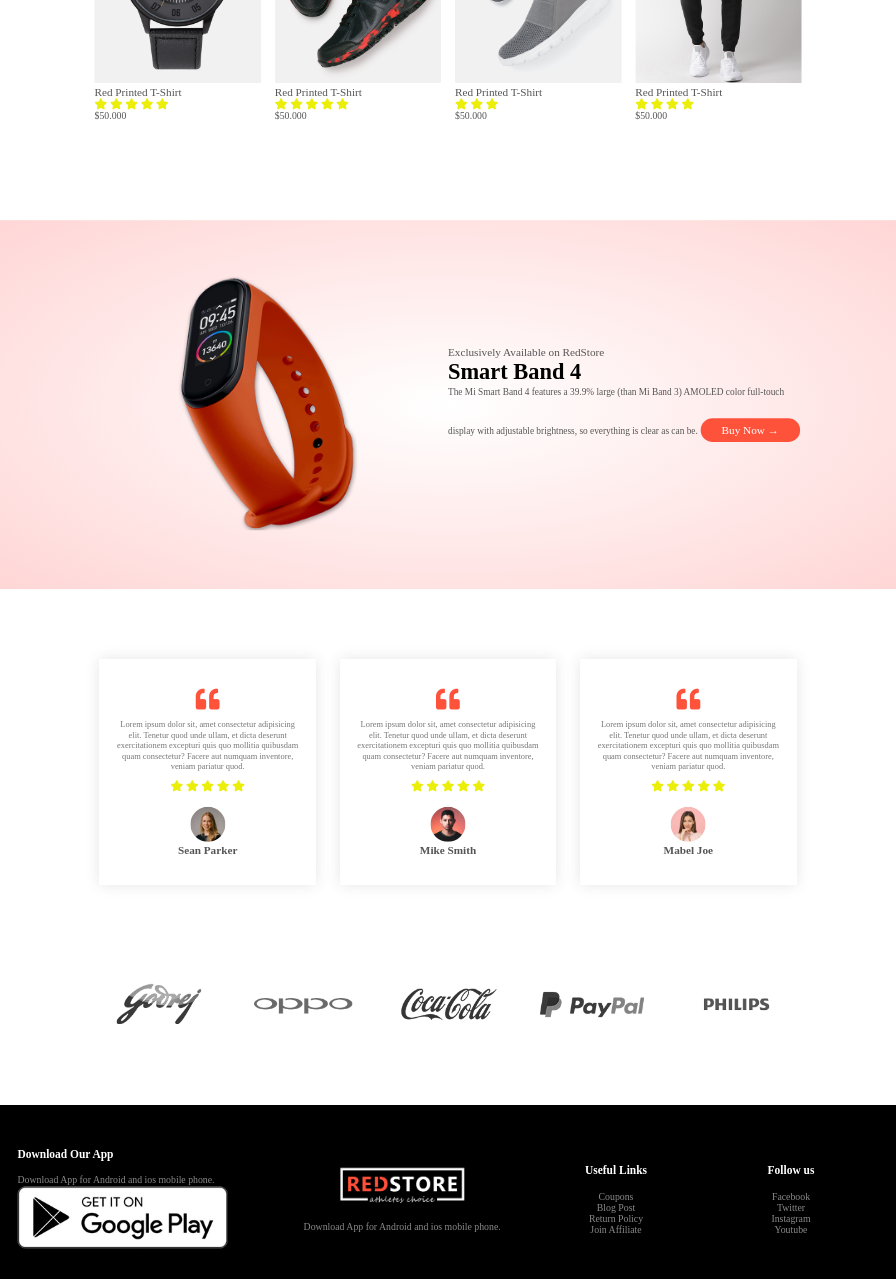
Repository: tuan21052000/Frontend
Page: index.html
An editor plug-in stored every save of this project. The page is shown before and after the next save, followed by the edit.
The browser window is 1280 px wide. The pictures show the part of the page from y = 2672 to 4592 px (the page is 4499 px tall before and 4592 px after), at 70% of full size.

Above is the page before, as saved 2022-05-09 22:00:08.

After the next save:
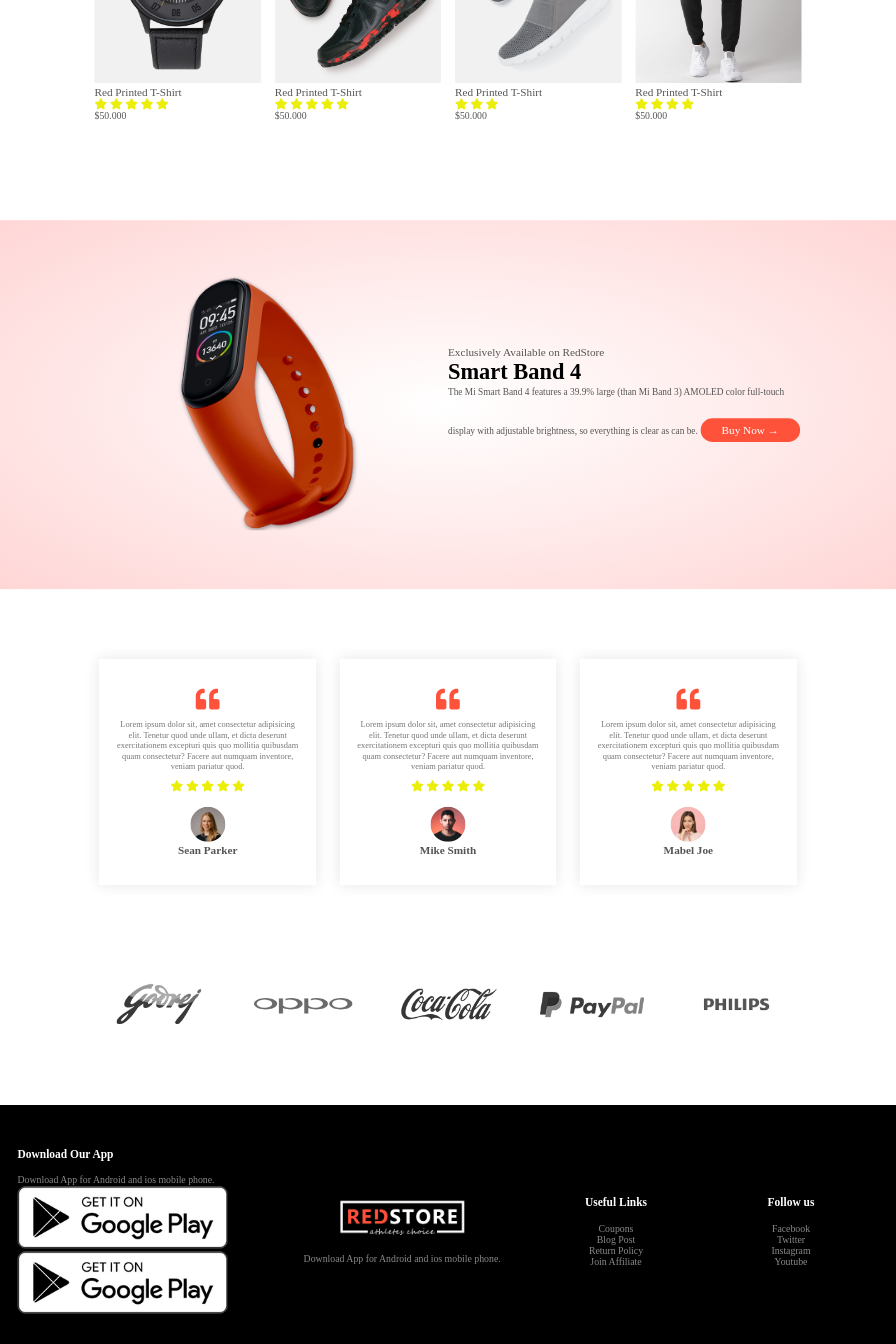
Saved 17 s later.
--- a/index.html
+++ b/index.html
@@ -317,6 +317,7 @@
                 <p>Download App for Android and ios mobile phone.</p>
                  <div class="app-logo">
                      <img src="images/play-store.png">
+                     <img src="images/play-store.png">
                  </div>
             </div>
             <div class="footer-col-2">
